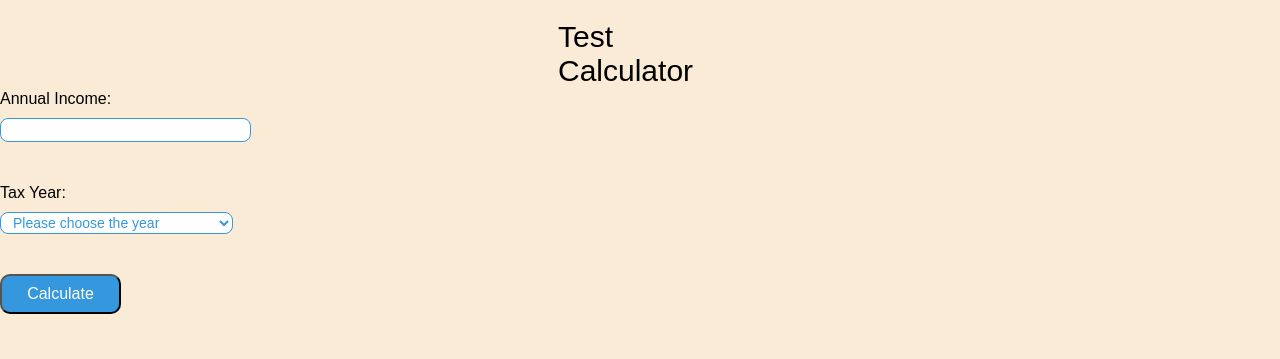
Repository: jbpadilha/taxcalculator
Page: /
These files come from the project's save history. The page is drawn as it stood at one moment and after the next save; the edit follows.
The browser window is 1280 px wide. The pictures show the whole page.
The project was rebuilt for these pictures with package versions that can differ from the ones it lists, and the page was loaded fresh each time.

Above is the page before, as saved 2023-06-17 21:27:03.

After the next save:
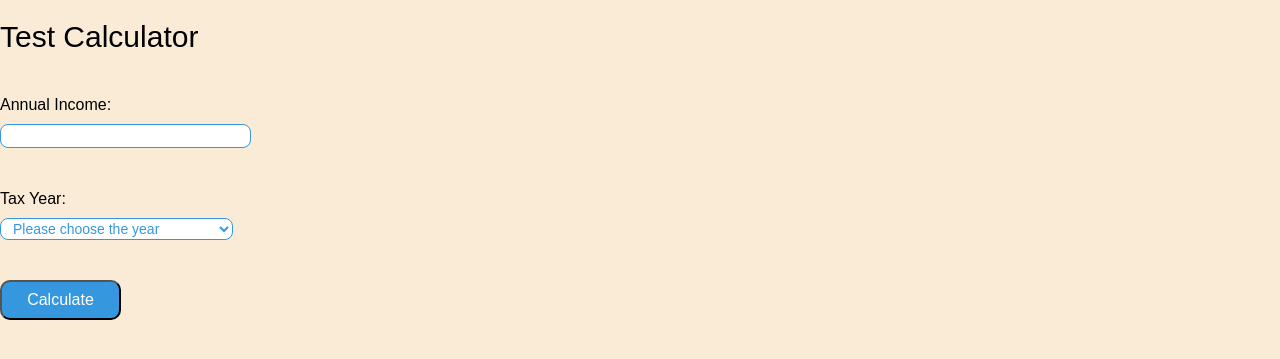
Saved 9 s later.
--- a/src/components/Main.tsx
+++ b/src/components/Main.tsx
@@ -9,8 +9,6 @@ const styles = {
     title: {
         margin: 'auto',
         marginTop: 20,
-        width: 164,
-        height: 28,
         fontFamily: 'Arial',
         fontSize: 30,
         color: '#000000',
